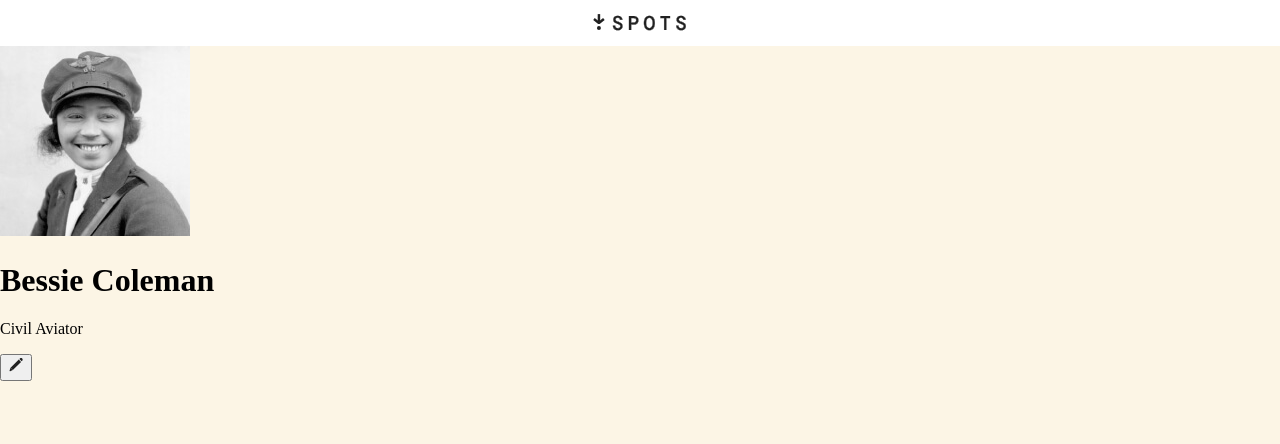
Repository: riffey55/se_project_spots
Page: index.html
These files come from the project's save history. The page is drawn as it stood at one moment and after the next save; the edit follows.
The browser window is 1280 px wide. The pictures show the whole page.

Above is the page before, as saved 2025-05-19 14:42:48.

### index.html
<!DOCTYPE html>
<html lang="en">
  <head>
    <meta charset="UTF-8" />
    <meta name="viewport" content="width=device-width, initial-scale=1.0" />
    <meta name="description" content="????" />
    <meta name="author" content="Beren Riffey" />
    <meta name="keywords" content="HTML, CSS. ??" />
    <link rel="stylesheet" href="./pages/index.css" />
    <link rel="icon" type="image/x-icon" href="favicon.ico" />
    <title>Spots</title>
  </head>
  <body>
    <div class="page">
      <header class="header">
        <img src="./images/Logo.svg" alt="Spot logo" class="header__logo" />
      </header>
      <main class="content">
        <section class="profile">
          <img
            src="./images/avatar.jpg"
            alt="Bessie Coleman avatar"
            class="profile__avatar"
          />
          <div class="profile__column">
            <h1 class="profile__name">Bessie Coleman</h1>
            <p class="profile__description">Civil Aviator</p>
            <button class="profile__edit-btn">
              <img src="./images/pencil.svg" alt="Pencil icon" class="" />
            </button>
          </div>
        </section>
      </main>
      <footer class="footer"></footer>
    </div>
  </body>
</html>

### pages/index.css
@import url(..vendor/normalize.css);
@import url(../blocks/header.css);
@import url(../blocks/page.css);

### blocks/page.css
.page {
  background-color: #fcf5e5;
  min-height: 100vh;
}

Loaded but not shown: vendor/normalize.css (library); blocks/header.css (common file)

After the next save:
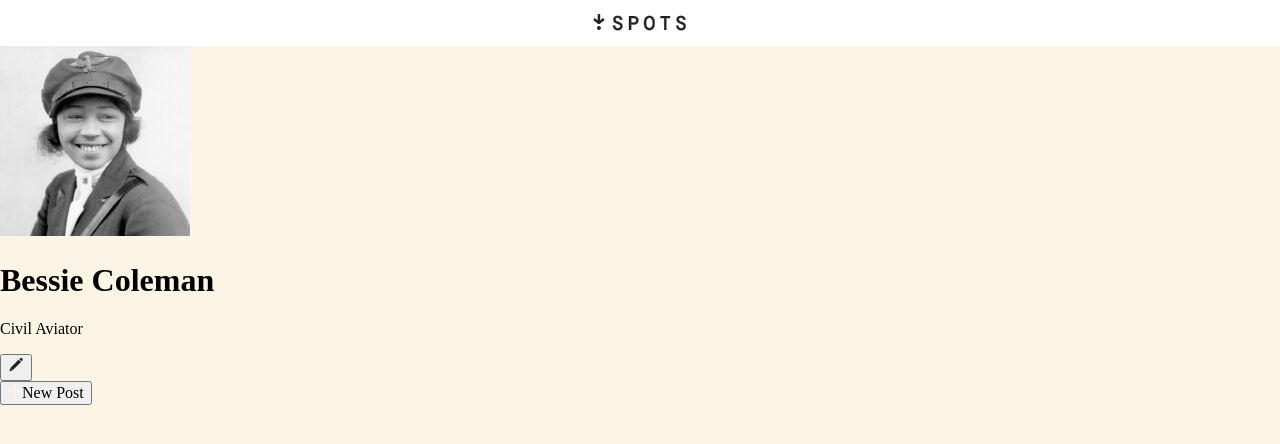
Saved 103 min 50 s later.
--- a/index.html
+++ b/index.html
@@ -29,6 +29,9 @@
               <img src="./images/pencil.svg" alt="Pencil icon" class="" />
             </button>
           </div>
+          <button class="profile__edit-btn">
+            <img src="./images/plus.svg" alt="Plus icon" class="" />New Post
+          </button>
         </section>
       </main>
       <footer class="footer"></footer>
